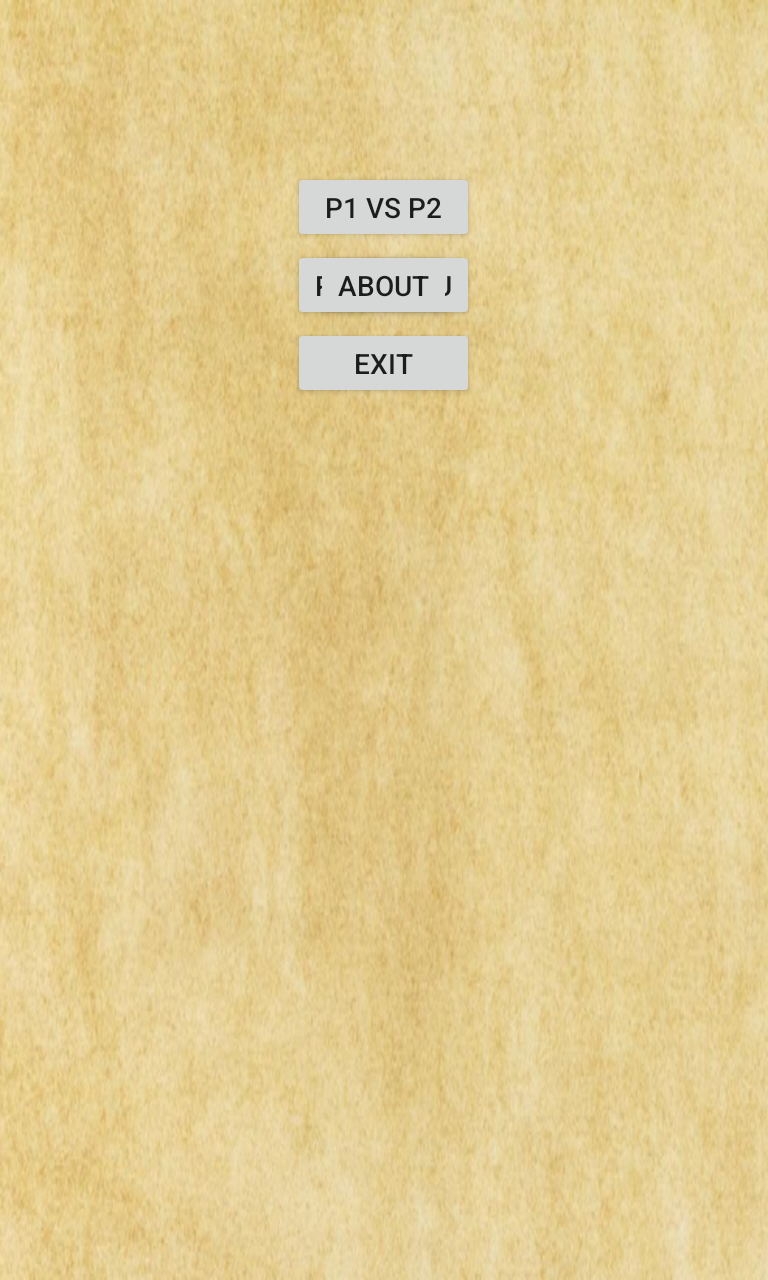
Repository: dtakiy/jogovelha
Layout: games/res/layout/activity_main.xml
An editor plug-in stored every save of this project. The layout is shown before and after the next save, followed by the edit.
It is drawn on a 768 x 1280 px phone screen (xhdpi) without system bars, with theme AppTheme; the app's code is not run.

Above is the layout before, as saved 2014-09-18 03:07:33.

After the next save:
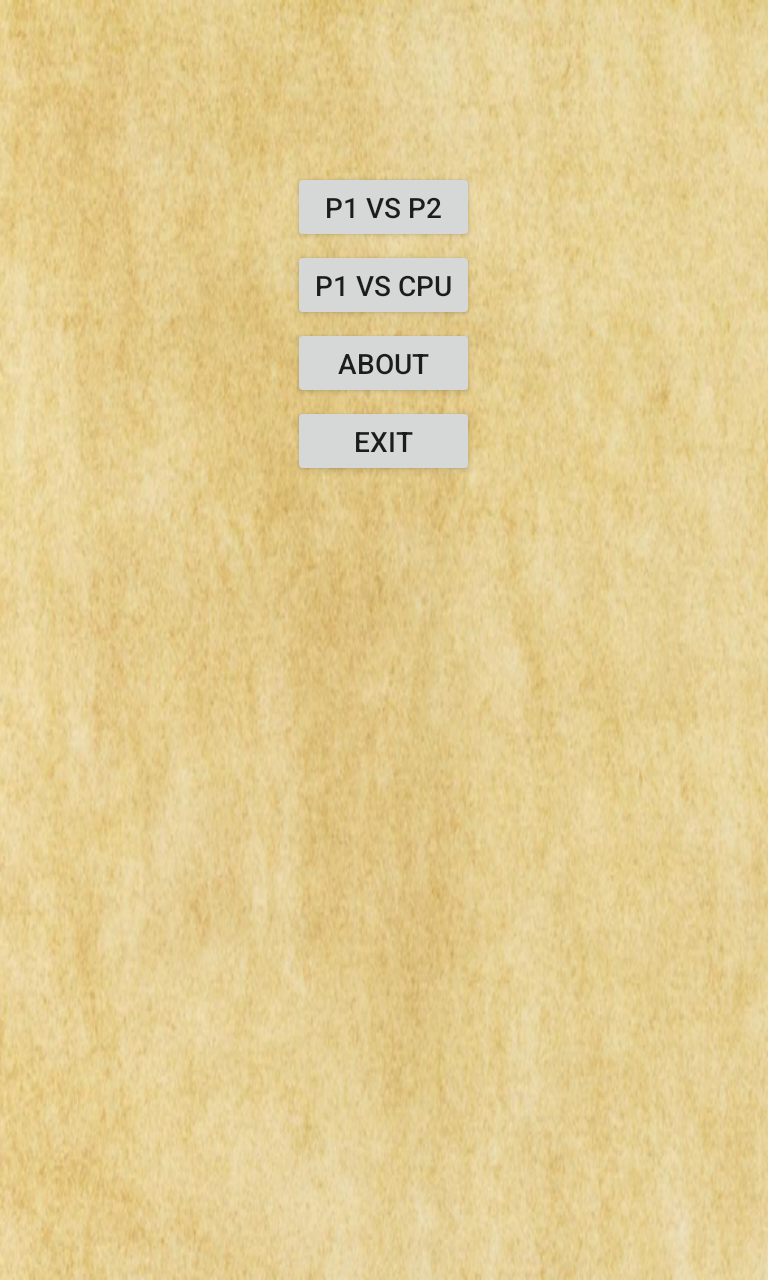
Saved 51 s later.
--- a/games/res/layout/activity_main.xml
+++ b/games/res/layout/activity_main.xml
@@ -20,17 +20,6 @@
 	      android:minHeight="20dip"
 	      android:minWidth="20dip"
 	      android:text="@string/p1" />
-
-	  <Button
-	      android:id="@+id/sair"
-	      android:layout_width="wrap_content"
-	      android:layout_height="wrap_content"
-	      android:layout_alignLeft="@+id/cpu"
-	      android:layout_alignRight="@+id/cpu"
-	      android:layout_below="@+id/cpu"
-	      android:minHeight="20dip"
-	      android:minWidth="20dip"
-	      android:text="@string/sair" />
 	  <Button
 	      android:id="@+id/cpu"
 	      android:layout_width="wrap_content"
@@ -42,13 +31,25 @@
 	      android:text="@string/cpu" />
 
 	  	  <Button
-	      android:id="@+id/about"
-	      android:layout_width="wrap_content"
-	      android:layout_height="wrap_content"
-	      android:layout_below="@+id/p1"
-	      android:layout_centerHorizontal="true"
-	      android:minHeight="20dip"
-	      android:minWidth="20dip"
-	      android:text="@string/about" />
+	  	      android:id="@+id/about"
+	  	      android:layout_width="wrap_content"
+	  	      android:layout_height="wrap_content"
+	  	      android:layout_alignLeft="@+id/cpu"
+	  	      android:layout_alignRight="@+id/cpu"
+	  	      android:layout_below="@+id/cpu"
+	  	      android:minHeight="20dip"
+	  	      android:minWidth="20dip"
+	  	      android:text="@string/about" />
+
+	  	  <Button
+	  	      android:id="@+id/sair"
+	  	      android:layout_width="wrap_content"
+	  	      android:layout_height="wrap_content"
+	  	      android:layout_alignLeft="@+id/about"
+	  	      android:layout_alignRight="@+id/about"
+	  	      android:layout_below="@+id/about"
+	  	      android:minHeight="20dip"
+	  	      android:minWidth="20dip"
+	  	      android:text="@string/sair" />
 
 </RelativeLayout>
